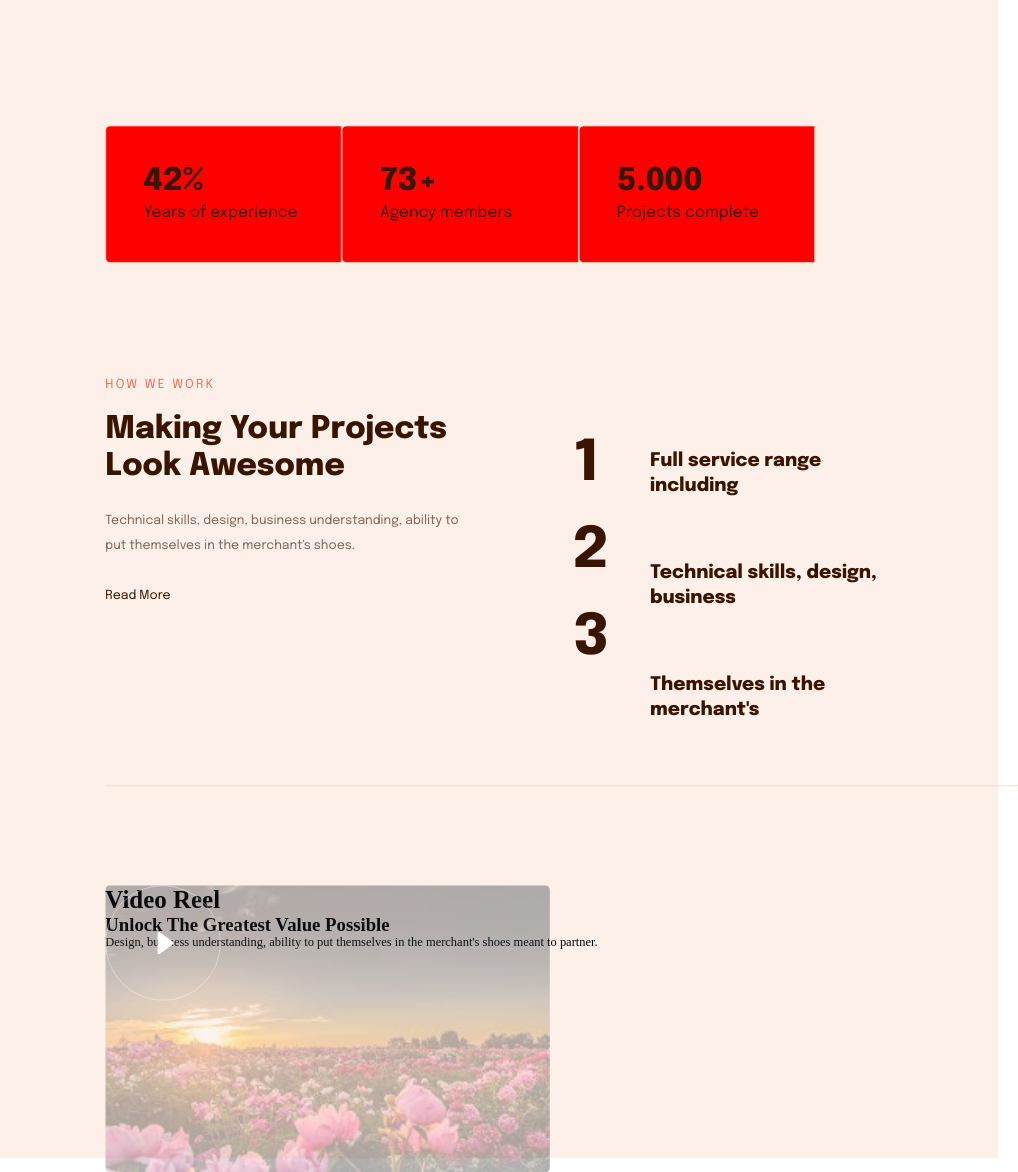
Repository: AytacJafarova/task2
Page: index.html
An editor plug-in stored every save of this project. The page is shown before and after the next save, followed by the edit.
The browser window is 1280 px wide. The page is 1305 px wide, so the pictures cover 1305 px, including what lies to the right of the window. The pictures show the whole page, at 78% of full size.

Above is the page before, as saved 2023-08-01 14:02:43.

After the next save:
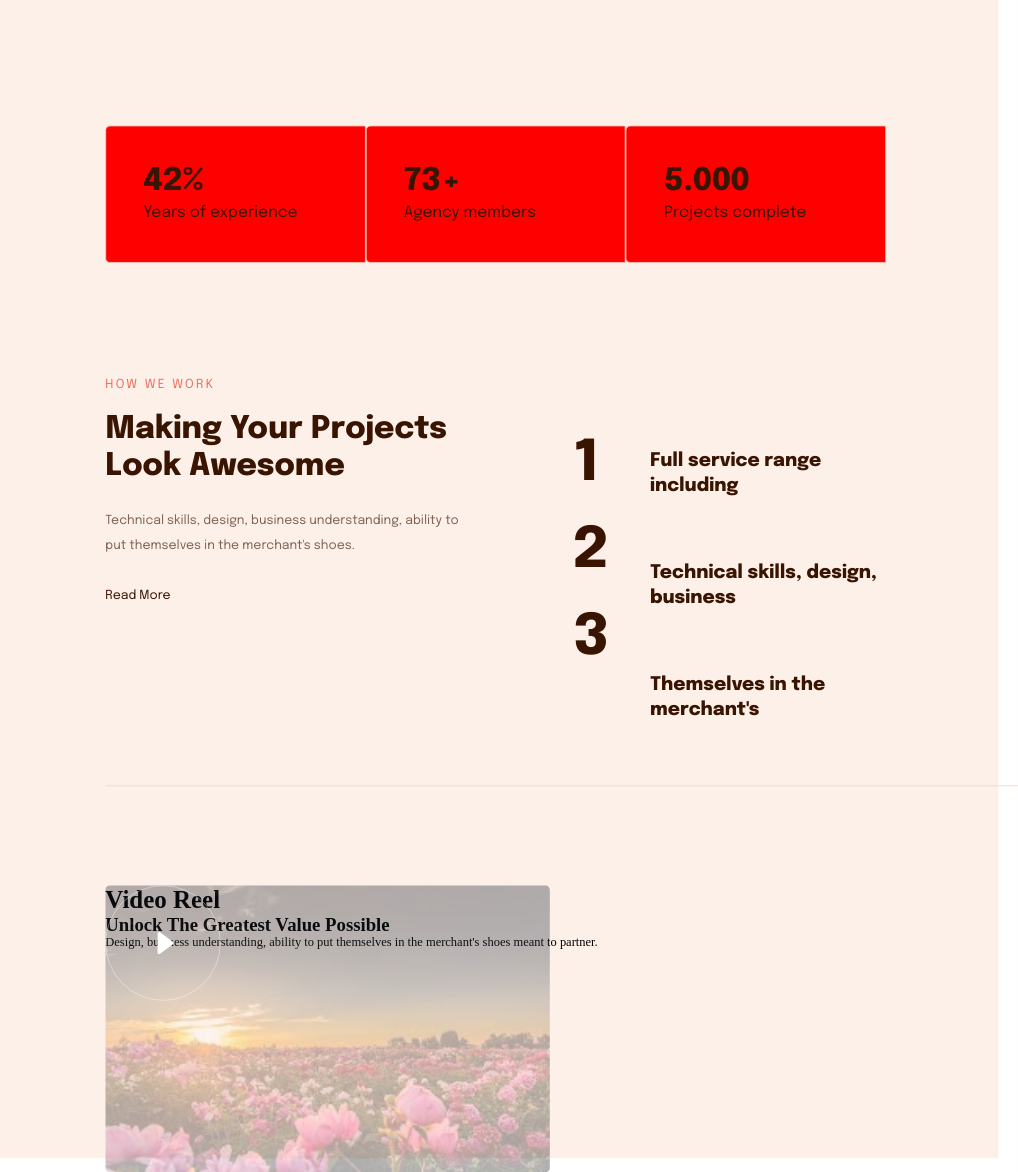
Saved 18 s later.
--- a/index.css
+++ b/index.css
@@ -18,7 +18,7 @@
     list-style-type: none;
     border-radius: 6px 0px 0px 6px;
 border: 1px solid #F3D1BF;
-width: 30%;
+width: 33%;
 background-color: red;
 height: 176px;
 padding-left: 48px;
